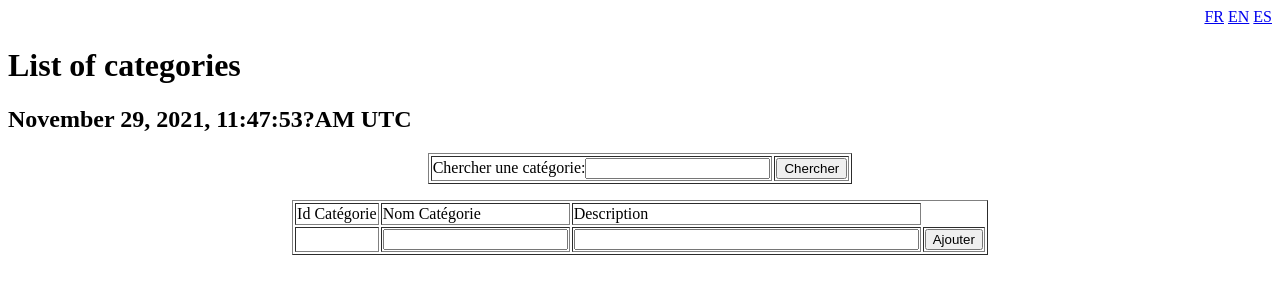
Repository: AYOUB-ELYOUSSOUFI/AllProject
Page: http://localhost/projectWebJSTL/Categorie.jsp
These files come from the project's save history. The page is drawn as it stood at one moment and after the next save; the edit follows.
The browser window is 1280 px wide. The pictures show the whole page.
The page is served by Tomcat 9. Nobody is signed in. The application's start-up code is not run. The template is opened directly, without the code that normally fills it, so the values that code supplies are empty.

Above is the page before, as saved 2021-12-01 12:14:34.

After the next save:
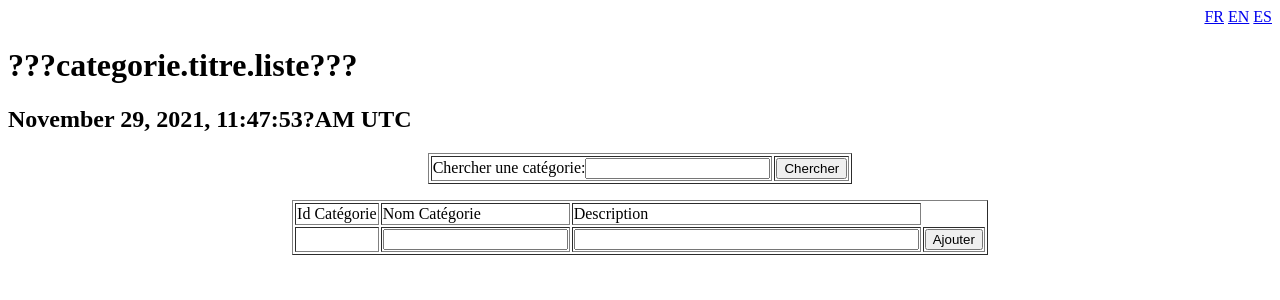
Saved 9 min 40 s later.
--- a/projectWebJSTL/src/main/webapp/Categorie.jsp
+++ b/projectWebJSTL/src/main/webapp/Categorie.jsp
@@ -9,7 +9,7 @@
 	<c:set var="language" value="${param.language}" scope="session" />
 </c:if>
 <fmt:setLocale value="${language}" />
-<fmt:setBundle basename="com.bundels.Bundle" />
+<fmt:setBundle basename="bundels.Bundle" />
 <html>
 <head>
 <title><fmt:message key="categorie.titre.page" /></title>
